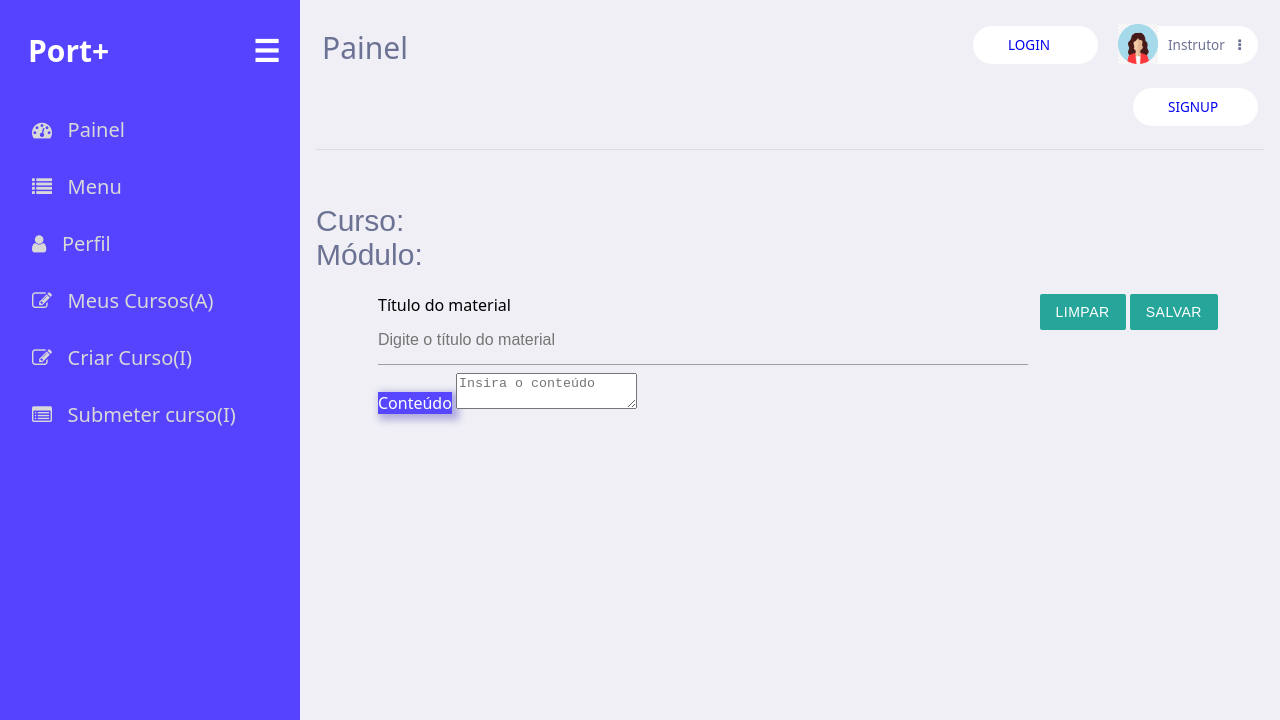
Repository: LauraMViana/Port-plus
Page: http://localhost/portPlus/criarCurso/addConteudo
The author's editor kept a copy of each file at every save. The page is drawn from the files as they stood at one save, then again after the next save.
The browser window is 1280 px wide. The pictures show the whole page.
The page is this project's Thymeleaf template; nobody is signed in. The template is opened directly, without the code that normally fills it, so the values that code supplies are empty.

Above is the page before, as saved 2021-12-28 14:43:15.

### port/src/main/resources/templates/portPlus/criarCurso/addConteudo.html
<!DOCTYPE html >
<html xmlns:th="http://www.thymeleaf.org">
<head>
<meta charset="UTF-8">
<!-- Compiled and minified CSS -->
<!--
<link rel="stylesheet"
	href="https://cdnjs.cloudflare.com/ajax/libs/materialize/1.0.0/css/materialize.min.css"> -->
<link href="https://fonts.googleapis.com/icon?family=Material+Icons"
	rel="stylesheet">
<link rel="stylesheet" href="/Style.css">
<link rel="stylesheet"
	href="https://cdnjs.cloudflare.com/ajax/libs/font-awesome/4.7.0/css/font-awesome.min.css">
<title>PortPlus</title>
</head>
<body>
	<div th:insert="~{menu :: menu}"></div>
	<div id="main">
		<h6>
			Curso: <span th:text="${curso.titulo}"></span> <br>Módulo: <span
				th:text="${modulo.tituloMod}"></span>
		</h6>
		<br>
		<form
			th:action="@{/portPlus/criarCurso/{idC}/{idMod} (idC=${curso.id},idMod=${modulo.id})}"
			method="post">
			<div class="input-field col s9">
				<label for="tituloM">Título do material</label><input
					placeholder="Digite o título do material" id="tituloM" type="text"
					pattern="[a-zA-Z0-9_?!&%$()-]+" class="validate"
					th:field="${material.tituloMat}">
				<div>
					<label for="mc" class="active">Conteúdo</label>
					<textarea placeholder="Insira o conteúdo" id="mc" class="validate"
						th:field="${material.conteudo}"></textarea>
				</div>
			</div>
			<div class="right-align">
				<button class="btn waves-effect waves-light align-center"
					type="reset" name="action">Limpar</button>
				<button class="btn waves-effect waves-light align-center"
					type="submit" name="action">Salvar</button>
			</div>
		</form>
	</div>
	<script
		src="https://ajax.googleapis.com/ajax/libs/jquery/3.5.1/jquery.min.js"></script>
	<script>
		$(".menu").click(function() {
			$("#mySidenav").css('width', '70px');
			$("#main").css('margin-left', '70px');
			$(".logo").css('display', 'none');
			$(".logo1").css('display', 'block');
			$(".logo span").css('visibility', 'visible');
			$(".logo span").css('margin-left', '-10px');
			$(".icon-a").css('visibility', 'hidden');
			$(".icon-a").css('height', '25px');
			$(".icons").css('visibility', 'visible');
			$(".icons").css('margin-left', '-8px');
			$(".menu1").css('display', 'block');
			$(".menu").css('display', 'none');
		});

		$(".menu1").click(function() {
			$("#mySidenav").css('width', '300px');
			$("#main").css('margin-left', '300px');
			$(".logo").css('visibility', 'visible');
			$(".logo").css('display', 'block');
			$(".icon-a").css('visibility', 'visible');
			$(".icons").css('visibility', 'visible');
			$(".menu").css('display', 'block');
			$(".menu1").css('display', 'none');
		});
	</script>
	<script>
		$(document).ready(function() {
			$(".profile p").click(function() {
				$(".profile-div").toggle();
			});
		});
	</script>
</body>
</body>
</html>

### port/src/main/resources/templates/menu.html
<!DOCTYPE html >
<html xmlns:th="http://www.thymeleaf.org">
<head>
<meta charset="UTF-8">
<link rel="stylesheet" href="/Style.css" type="text/css" />
<link rel="stylesheet"
	href="https://cdnjs.cloudflare.com/ajax/libs/font-awesome/4.7.0/css/font-awesome.min.css">
<title>Port+</title>
</head>
<body>
	<div th:fragment="menu">
		<div id="mySidenav" class="sidenav">
			<p class="logo">
				Port+ <span class="menu">&#9776;</span>
			</p>
			<p class="logo1">
				<span class="menu1">&#9776;</span>
			</p>
			<a href="/" class="icon-a"> <i class="fa fa-dashboard icons"></i>
				&nbsp;&nbsp;Painel
			</a> <a href="/" class="icon-a"><i class="fa fa-list icons"></i>
				&nbsp;&nbsp;Menu</a> <a href="#" class="icon-a"><i
				class="fa fa-user icons"></i> &nbsp;&nbsp;Perfil</a> <a
				href="/portPlus/criarCurso" class="icon-a"><i
				class="fa fa-edit icons"></i> &nbsp;&nbsp;Meus Cursos(A)</a> <a
				href="/portPlus/criarCurso" class="icon-a"><i
				class="fa fa-edit icons"></i> &nbsp;&nbsp;Criar Curso(I)</a><a
				href="/portPlus/meusCursos" class="icon-a"><i
				class="fa fa-list-alt icons"></i> &nbsp;&nbsp;Submeter curso(I)</a>
		</div>

		<div id="main">
			<div class="head">
				<div class="col-div-6">
					<p class="nav">Painel</p>
				</div>
				<div class="col-div-6">
					<div class="profile">
						<img src="/Imagens/usuario.png" class="pro-img circle" />
						<p>
							Instrutor <i class="fa fa-ellipsis-v dots" aria-hidden="true"></i>
						</p>
						<div class="profile-div">
							<p>
								<a href="#" class="icon-a"><i class="fa fa-user"></i>
									&nbsp;&nbsp;Perfil
							</p>
							<p>
								<i class="fa fa-power-off"></i> &nbsp;&nbsp;Sair
							</p>
						</div>
					</div>
					<div class="login">
						<p>
							<a href="/portPlus/login">LOGIN</a>
						</p>
						<p>
							<a href="/portPlus/signup">SIGNUP</a>
						</p>
					</div>
				</div>
				<div class="clearfix"></div>
			</div>
			<div class="clearfix"></div>
			<br />
		</div>
	</div>
	<script
		src="https://ajax.googleapis.com/ajax/libs/jquery/3.5.1/jquery.min.js"></script>
	<script>
		$(".menu").click(function() {
			$("#mySidenav").css('width', '70px');
			$("#main").css('margin-left', '70px');
			$(".logo").css('display', 'none');
			$(".logo1").css('display', 'block');
			$(".logo span").css('visibility', 'visible');
			$(".logo span").css('margin-left', '-10px');
			$(".icon-a").css('visibility', 'hidden');
			$(".icon-a").css('height', '25px');
			$(".icons").css('visibility', 'visible');
			$(".icons").css('margin-left', '-8px');
			$(".menu1").css('display', 'block');
			$(".menu").css('display', 'none');
		});

		$(".menu1").click(function() {
			$("#mySidenav").css('width', '300px');
			$("#main").css('margin-left', '300px');
			$(".logo").css('visibility', 'visible');
			$(".logo").css('display', 'block');
			$(".icon-a").css('visibility', 'visible');
			$(".icons").css('visibility', 'visible');
			$(".menu").css('display', 'block');
			$(".menu1").css('display', 'none');
		});
	</script>
	<script>
		$(document).ready(function() {
			$(".profile p").click(function() {
				$(".profile-div").toggle();

			});

			/* $(".noti-icon").click(function() {
					$(".notification-div").toggle();
				}); */

		});
	</script>
</body>
</html>

### port/src/main/resources/static/Style.css
/* Laura */
body {
	margin: 0px;
	padding: 0px;
	background-color: #efeff5;
	font-family: system-ui;
}

.clearfix {
	clear: both;
}

.logo {
	margin: 0px;
	margin-left: 28px;
	font-weight: bold;
	color: white;
	margin-bottom: 30px;
}

.sidenav {
	height: 100%;
	width: 300px;
	position: fixed;
	z-index: 1;
	top: 0;
	left: 0;
	background-color: #5643ff;
	overflow: hidden;
	padding-top: 30px;
	transition: ease-in-out 0.3s;
}

.menu {
	float: right;
	margin-right: 20px;
	cursor: pointer;
}

.logo1 {
	margin: 0px;
	margin-left: 20px;
	font-weight: bold;
	color: white;
	margin-bottom: 50px;
	display: none;
	cursor: pointer;
}

.menu1 {
	float: left;
	display: none;
}

.sidenav a {
	padding: 15px 8px 15px 32px;
	text-decoration: none;
	font-size: 20px;
	color: #d8d8d8;
	display: block;
}

.sidenav a:hover {
	color: #f1f1f1;
	background-color: #2c1ed6;
}

.sidenav {
	top: 0;
	right: 25px;
	font-size: 30px;
}

#main {
	padding: 16px;
	margin-left: 300px;
}

.head {
	padding: 0px 6px;
	border-bottom: 1px solid #d6d6d8b8;
	padding-bottom: 10px;
}

.col-div-6 {
	width: 50%;
	float: left;
}

.login p {
	color: #6c7293;
	font-weight: 500;
	margin-left: 35px;
	margin-top: 10px;
	font-size: 13.5px;
	background-color: white;
	padding: 10px;
	border-radius: 25px;
	padding-left: 35px;
	width: 80px;
	float: right;
	cursor: pointer;
}

.profile {
	display: inline-block;
	float: right;
	width: 160px;
}

.pro-img {
	float: left;
	width: 40px;
	margin-top: 8px;
	margin-left: 20px;
}

.profile p {
	color: #6c7293;
	font-weight: 500;
	margin-left: 35px;
	margin-top: 10px;
	font-size: 13.5px;
	background-color: white;
	padding: 10px;
	border-radius: 25px;
	padding-left: 35px;
	cursor: pointer;
}

.dots {
	margin-left: 10px;
}

.profile-div {
	background-color: white;
	width: 160px;
	border: 1px solid #ddd;
	padding: 10px 0px;
	right: 2%;
	border-radius: 5px;
	position: absolute;
	z-index: 9;
	display: none;
}

.profile-div:after {
	content: '';
	position: absolute;
	height: 10px;
	width: 10px;
	background-color: white;
	top: -6px;
	border-left: 1px solid #ddd;
	border-top: 1px solid #ddd;
	transform: rotate(45deg);
	right: 10%;
}

.profile-div p {
	margin: 0px;
	padding: 10px 20px;
}

.profile-div p:hover {
	margin: 0px;
	padding: 10px 20px;
	background-color: #5643ff;
	border-radius: 0px;
	color: white;
}

.notification-div {
	background-color: white;
	width: 240px;
	border: 1px solid #ddd;
	padding: 10px 0px;
	right: 16%;
	border-radius: 5px;
	top: 12%;
	position: absolute;
	z-index: 9;
	display: none;
}

.notification-div:after {
	content: '';
	position: absolute;
	height: 10px;
	width: 10px;
	background-color: white;
	top: -6px;
	border-left: 1px solid #ddd;
	border-top: 1px solid #ddd;
	transform: rotate(45deg);
	right: 10%;
}

.noti-head {
	display: block;
	margin: 0px;
	color: #6c7293;
}

.noti-head:hover {
	background-color: white !important;
	color: #6c7293 !important;
}

.noti-head span {
	position: absolute;
	right: 8%;
	top: 10%;
	background-color: #5643ff;
	padding: 1px 5px;
	color: white;
	border-radius: 20px;
}

.hr {
	margin: 0px;
	border: none;
	background-color: #ddd;
	height: 1px;
}

.notification-div p {
	margin: 0px;
	padding: 10px 20px;
	color: #6c7293;
}

.notification-div p span {
	font-size: 11px;
	display: block;
}

.notification-div p:hover {
	margin: 0px;
	padding: 10px 20px;
	background-color: #5643ff;
	border-radius: 0px;
	color: white;
}

.search-icon {
	position: absolute;
	right: 22%;
	top: 25px;
	background-color: white;
	padding: 13px;
	border-radius: 21px;
	color: #6c7293;
	cursor: pointer;
}

.noti-icon {
	position: absolute;
	right: 17%;
	top: 25px;
	background-color: #5643ff;
	padding: 13px;
	border-radius: 21px;
	color: #fff;
	cursor: pointer;
}

.noti-icon:after {
	content: '';
	height: 5px;
	width: 5px;
	border-radius: 5px;
	top: 5px;
	left: 20px;
	position: absolute;
	background-color: red;
}

.col-div-4-1 {
	width: 33.3%;
	float: left;
}

.box {
	width: 88%;
	height: 480px;
	background-color: #ffffff;
	margin-left: 10px;
	padding: 10px;
	box-shadow: 2px 5px 10px #ddd;
	position: relative;
}

.box p {
	color: #6c7293;
	font-weight: 500;
	padding-left: 10px;
}

.number {
	font-size: 35px;
	margin-bottom: 0px;
	margin-top: 20px;
}

.percent {
	margin: 0px;
	font-size: 14px;
	color: #37bf37 !important;
}

.percent span {
	font-size: 12px;
	color: #9398b1;
	padding-left: 3px;
}

.head-1 {
	font-size: 18px !important;
	margin: 10px 0px;
	color: #6c7293;
}

.head-1 span {
	float: right;
	background-color: #5643ff;
	color: white;
	padding: 3px 10px;
	font-size: 15px;
}

.box-icon {
	font-size: 20px !important;
	margin-top: 35px !important;
	color: #5643ff;
	padding-right: 10px;
	background-color: #efeff5;
	padding: 15px;
	border-radius: 25px;
	position: absolute;
	right: 16px;
	top: -18px;
}

.box-1 {
	width: 88%;
	height: 282px;
	background-color: #ffffff;
	margin-left: 10px;
	padding: 10px;
	box-shadow: 2px 5px 10px #ddd;
	position: relative;
}

.m-box {
	color: #6c7293;
	position: relative;
	padding: 0px 12px;
}

.active {
	background-color: #5646ff;
	color: white;
	box-shadow: 4px 3px 7px 3px #3226ad54;
}

.active .no-1 {
	color: #ddd !important;
}

.m-box p {
	display: inline-block;
	margin: 10px 0px;
}

.no {
	position: absolute !important;
	top: 21px;
	right: 15px;
	font-weight: 500;
}

.no-1 {
	font-size: 12px;
	color: #9398b1;
}

.act-p {
	font-size: 13px;
	color: #6c7293;
}

.act-p .fa {
	color: orange !important;
}

.content-box-1 {
	padding: 0px 10px;
}

.col-div-12 {
	width: 100%;
}

.col-div-4 {
	width: 30%;
	float: left;
}

.content-box {
	padding: 20px;
}

.content-box p {
	margin: 0px;
	font-size: 20px;
	color: #6c7293;
}

.content-box p span {
	float: right;
	background-color: #5643ff;
	color: white;
	padding: 3px 10px;
	font-size: 15px;
}

.box-8 {
	width: 97.8%;
	background-color: #fff;
	height: 330px;
}

.nav {
	font-size: 30px;
	cursor: pointer;
	color: #6c7293;
	margin: 11px 0px;
}

.box-8 {
	margin-left: 10px;
}

td, th {
	border: 1px solid #dddddd;
	text-align: left;
	padding: 10px;
}

tr:nth-child(even) {
	background-color: #5643ff29;
	color: #6c7293 !important;
}

.circle-wrap {
	margin: 50px auto;
	width: 150px;
	height: 150px;
	background: #e6e2e7;
	border-radius: 50%;
}

.circle-wrap .circle .mask, .circle-wrap .circle .fill {
	width: 150px;
	height: 150px;
	position: absolute;
	border-radius: 50%;
}

.circle-wrap .circle .mask {
	clip: rect(0px, 150px, 150px, 75px);
}

.circle-wrap .circle .mask .fill {
	clip: rect(0px, 75px, 150px, 0px);
	background-color: #5646ff;
}

.circle-wrap .circle .mask.full, .circle-wrap .circle .fill {
	animation: fill ease-in-out 3s;
	transform: rotate(126deg);
}

@
keyframes fill { 0% {
	transform: rotate(0deg);
}

100










%
{
transform










:










rotate








(










126deg










)








;
}
}
.circle-wrap .inside-circle {
	width: 130px;
	height: 130px;
	border-radius: 50%;
	background: #fff;
	line-height: 130px;
	text-align: center;
	margin-top: 10px;
	margin-left: 10px;
	position: absolute;
	z-index: 100;
	font-weight: 700;
	font-size: 2em;
	color: #6c7293;
}

/* Thais */
h1 {
	font-weight: 400;
	font-family: Century Gothic, Arial, Helvetica, sans-serif;
	color: #6c7293;
	font-size: calc(1.044375rem + 1.7325vw);
}

h4, h6 {
	font-weight: 100;
	font-family: Century Gothic, Arial, Helvetica, sans-serif;
	color: #6c7293;
	font-size: 30px;
	margin: 0px;
}

a {
	text-decoration: none;
}

#btn {
	text-align: right;
}

/*Apresente material  */
.mod-title {
	font-size: 30px;
	color: #d8d8d8;
}

/* Index  */
.box-mod {
	width: 88%;
	height: 30px;
	background-color: #dfdfdf;
	margin-left: 10px;
	padding: 10px;
	position: relative;
	margin-left: 10px;
	padding: 10px;
	border-top: 1px solid #d7dfe3;
	margin-left: 10px;
	margin-bottom: 15px;
}

.box-mod p {
	color: #6c7293;
	font-weight: 500;
	margin: 0px;
	padding: 10px;
	width: 105px;
	margin-left: 90px;
}
/* blocos de curso ou modulos  */
.col-div-4-2 {
	width: 25%;
	float: left;
}

.card.small .card-image+.card-content, .card.medium .card-image+.card-content,
	.card.large .card-image+.card-content {
	max-height: 40%;
}

.card.small .card-content, .card.medium .card-content, .card.large .card-content
	{
	max-height: 100%;
	overflow: hidden;
}

.card .card-content {
	padding: 24px;
	border-radius: 0 0 2px 2px;
}

.card .card-image img {
	display: block;
	border-radius: 2px 2px 0 0;
	position: relative;
	left: 0;
	right: 0;
	top: 0;
	bottom: 0;
	width: 100%;
}

img {
	border-style: none;
}

.card.small .card-image, .card.medium .card-image, .card.large .card-image
	{
	max-height: 60%;
	overflow: hidden;
}

.card .card-image {
	position: relative;
}

.card.small {
	height: 300px;
}

.card.small, .card.medium, .card.large {
	position: relative;
}

.card {
	margin-left: 10px;
	box-shadow: 2px 5px 10px #ddd;
	position: relative;
	height: 250px;
	background-color: #fff;
	-webkit-transition: -webkit-box-shadow .25s;
	transition: -webkit-box-shadow .25s;
	transition: box-shadow .25s;
	transition: box-shadow .25s, -webkit-box-shadow .25s;
	border-radius: 2px;
}

.card {
	position: relative;
	margin: 0.5rem 0 1rem 0;
	background-color: #fff;
	-webkit-transition: -webkit-box-shadow .25s;
	transition: -webkit-box-shadow .25s;
	transition: box-shadow .25s;
	transition: box-shadow .25s, -webkit-box-shadow .25s;
	border-radius: 2px;
}

.image {
	display: block;
	position: relative;
	left: 0;
	right: 0;
	top: 0;
	bottom: 0;
	width: 100%;
	max-height: 70%;
	overflow: hidden;
	max-height: 70%;
	right: 0;
	top: 0;
	bottom: 0;
}

.card {
	margin-left: 10px;
	box-shadow: 2px 5px 10px #ddd;
	position: relative;
	height: 250px;
	background-color: #fff;
	-webkit-transition: -webkit-box-shadow .25s;
	transition: -webkit-box-shadow .25s;
	transition: box-shadow .25s;
	transition: box-shadow .25s, -webkit-box-shadow .25s;
	border-radius: 2px;
}

.card-title-mod {
	display: block;
	line-height: 32px;
	margin-bottom: 8px;
	font-size: 24px;
	font-weight: 300;
}
/* descriçao do curso  */
.mod-d {
	font-size: 18px !important;
	margin: 10px 0px;
	color: #6c7293;
	text-align: justify;
}

/* Pag apresentação Material */
aside {
	width: 260px;
	float: right;
	margin-right: 20px;
	border: 1px solid black;
}

.conteudo {
	padding-left: 15px;
	width: 700px;
	float: left;
	height: 415px;
	text-align: justify;
}

.card.lista {
	background-color: #5643ff;
	width: 259.5px;
	height: 50px;
	text-align: center;
	padding: 5px 0px 5px 0px;
	margin: 0px;
}

.lista li {
	padding: 15px 8px 15px 32px;
	text-decoration: none;
	font-size: 20px;
	color: #d8d8d8;
	display: block;
	text-align: justify;
}

.lista li:hover {
	color: #f1f1f1;
	background-color: #5643ff;
}

.lista a:hover {
	color: #f1f1f1;
	background-color: #5643ff;
}

ul {
	padding: 0px;
	margin: 0px;
	list-style-type: none;
}

textarea.materialize-textarea.texto {
	height: 12rem;
}

input:not([type]), input[type="text"]:not(.browser-default), input[type="url"]:not(.browser-default),
	input[type="number"]:not(.browser-default), textarea.materialize-textarea
	{
	background-color: transparent;
	border-top-width: initial;
	border-right-width: initial;
	border-left-width: initial;
	border-top-color: initial;
	border-right-color: initial;
	border-left-color: initial;
	height: 3rem;
	width: 100%;
	font-size: 16px;
	box-shadow: none;
	box-sizing: content-box;
	border-style: none none solid;
	border-image: initial;
	border-bottom: 1px solid rgb(158, 158, 158);
	border-radius: 0px;
	outline: none;
	margin: 0px 0px 8px;
	padding: 0px;
	transition: box-shadow 0.3s ease 0s, border 0.3s ease 0s,
		-webkit-box-shadow 0.3s ease 0s;
}

form {
	padding-left: 50px;
}

.dados-do-curso, .listarCriarMod {
	padding-left: 50px;
}

.s2 {
	width: 20%;
	display: inline;
}

.col.s3 {
	width: 25%;
	margin-left: auto;
	left: auto;
	right: auto;
}

.col.s4 {
	width: 33.3333333333%;
	margin-left: auto;
	left: auto;
	right: auto;
}

.col.s5 {
	width: 41.6666666667%;
	margin-left: auto;
	left: auto;
	right: auto;
}

.col.s6 {
	width: 50%;
	margin-left: auto;
	left: auto;
	right: auto;
}

.col.s9 {
	width: 75%;
	margin-left: auto;
	left: auto;
	right: auto;
}

.col.s12 {
	width: 100%;
	margin-left: auto;
	left: auto;
	right: auto;
}

.col.s12.cont {
	padding-bottom: 20px;
}

.col {
	float: left;
	-webkit-box-sizing: border-box;
	box-sizing: border-box;
	padding: 0 0.75rem;
	min-height: 1px;
}

.s10 {
	width: 80%;
	margin-left: auto;
	left: auto;
	right: auto;
}

.btn {
	text-decoration: none;
	color: #fff;
	background-color: #26a69a;
	text-align: center;
	letter-spacing: .5px;
	-webkit-transition: background-color .2s ease-out;
	transition: background-color .2s ease-out;
	cursor: pointer;
	border: none;
	border-radius: 2px;
	display: inline-block;
	height: 36px;
	line-height: 36px;
	padding: 0 16px;
	text-transform: uppercase;
	font-size: 14px;
	outline: 0;
	font-size: 14px;
}

.waves-effect {
	position: relative;
	cursor: pointer;
	display: inline-block;
	overflow: hidden;
	-webkit-user-select: none;
	-moz-user-select: none;
	-ms-user-select: none;
	user-select: none;
	-webkit-tap-highlight-color: transparent;
	vertical-align: middle;
	z-index: 1;
	-webkit-transition: .3s ease-out;
	transition: .3s ease-out;
}

.modal.modal-fixed-footer {
	padding: 0;
	height: 70%;
}

.modal {
	display: none;
	position: fixed;
	left: 0;
	right: 0;
	background-color: #fafafa;
	padding: 0;
	max-height: 70%;
	width: 55%;
	margin: auto;
	overflow-y: auto;
	border-radius: 2px;
	will-change: top, opacity;
}

.modal.modal-fixed-footer {
	padding: 0;
	height: 70%;
}

.modal {
	display: none;
	position: fixed;
	left: 0;
	right: 0;
	background-color: #fafafa;
	padding: 0;
	max-height: 70%;
	width: 55%;
	margin: auto;
	overflow-y: auto;
	border-radius: 2px;
	will-change: top, opacity;
}

.z-depth-5, .modal {
	-webkit-box-shadow: 0 24px 38px 3px rgb(0 0 0/ 14%), 0 9px 46px 8px
		rgb(0 0 0/ 12%), 0 11px 15px -7px rgb(0 0 0/ 20%);
	box-shadow: 0 24px 38px 3px rgb(0 0 0/ 14%), 0 9px 46px 8px
		rgb(0 0 0/ 12%), 0 11px 15px -7px rgb(0 0 0/ 20%);
}

.collapsible {
	border-top: 1px solid #ddd;
	border-right: 1px solid #ddd;
	border-left: 1px solid #ddd;
	margin: 0.5rem 0 1rem 0;
}

.collapsible-header {
	display: -webkit-box;
	display: -webkit-flex;
	display: -ms-flexbox;
	display: flex;
	-webkit-tap-highlight-color: transparent;
	line-height: 1.5;
	padding: 1rem;
	background-color: #fff;
	border-bottom: 1px solid #ddd;
	display: -webkit-box;
	display: -webkit-flex;
	display: -ms-flexbox;
	display: flex;
	cursor: pointer;
	-webkit-tap-highlight-color: transparent;
	line-height: 1.5;
	padding: 1rem;
	background-color: #fff;
	border-bottom: 1px solid #ddd;
}

.optCont {
	display: inline-block;
	float: right;
	width: 160px;
}

.optCont a {
	cursor: pointer;
}

.opt {
	background-color: white;
	width: 100px;
	border: 1px solid #ddd;
	padding: 10px 0px;
	right: 10%;
	border-radius: 5px;
	position: absolute;
	z-index: 9;
	display: none;
}

.opt p {
	margin: 0px;
	padding: 10px 20px;
}

.opt p:hover {
	margin: 0px;
	padding: 10px 20px;
	background-color: #5643ff;
	border-radius: 0px;
	color: white;
}

.modal.modal-fixed-footer {
	height: 40%;
	width: 40%;
}

.modal .modal-content {
	padding: 65px 24px 24px 75px;
}

After the next save:
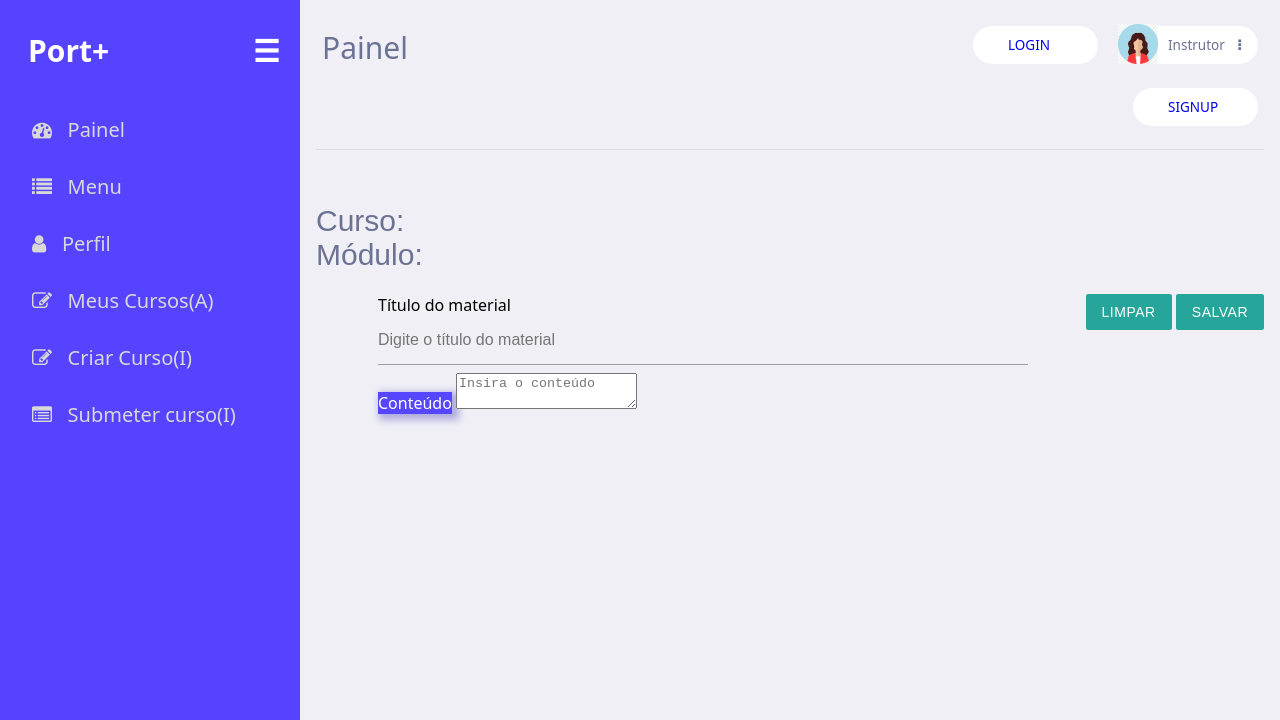
Saved 90 s later.
--- a/port/src/main/resources/templates/portPlus/criarCurso/addConteudo.html
+++ b/port/src/main/resources/templates/portPlus/criarCurso/addConteudo.html
@@ -35,7 +35,7 @@
 						th:field="${material.conteudo}"></textarea>
 				</div>
 			</div>
-			<div class="right-align">
+			<div id="btn">
 				<button class="btn waves-effect waves-light align-center"
 					type="reset" name="action">Limpar</button>
 				<button class="btn waves-effect waves-light align-center"
